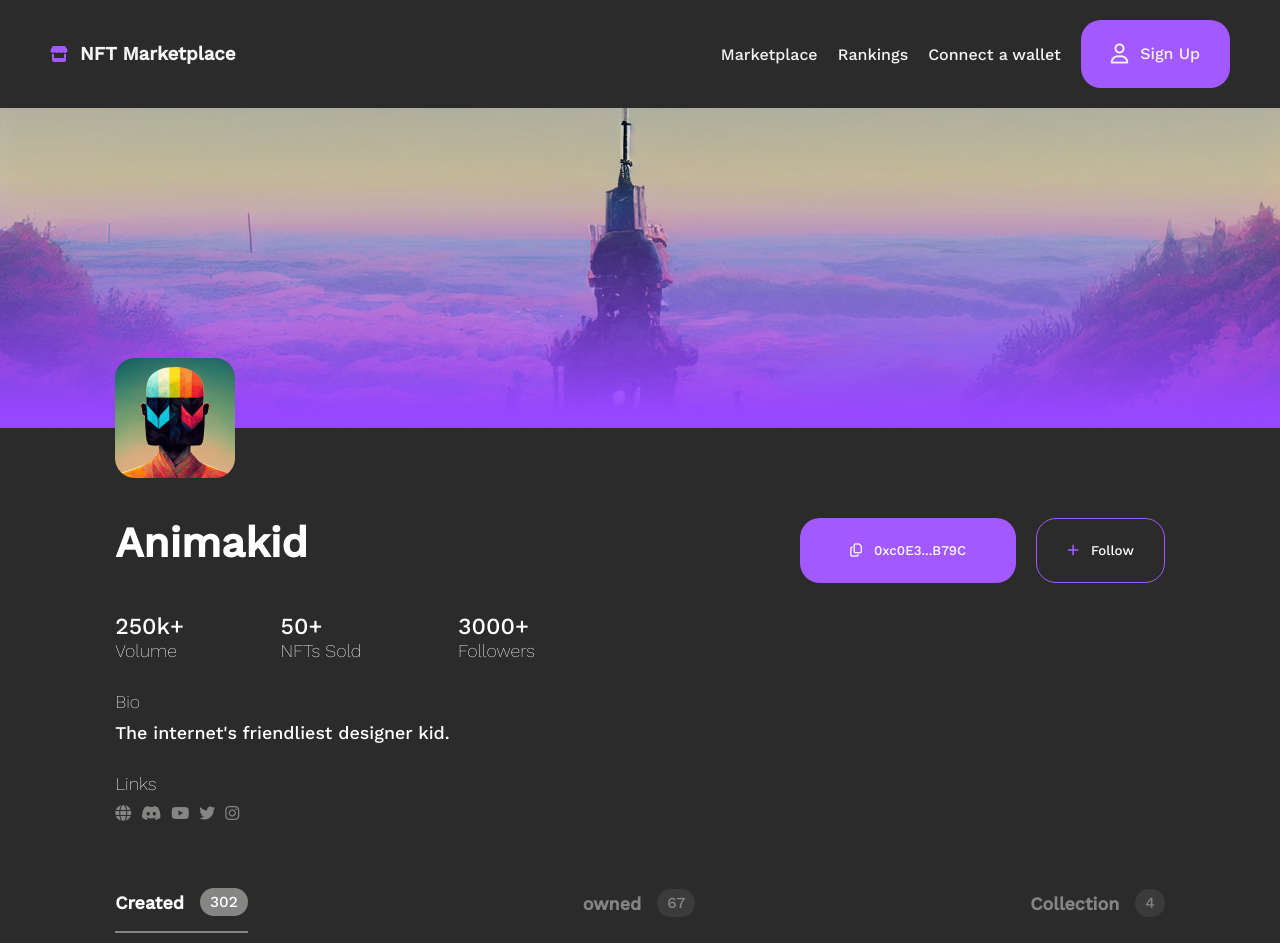
Repository: levananh202ht/NFT_Marketplace
Page: index.html
These files come from the project's save history. The page is drawn as it stood at one moment and after the next save; the edit follows.
The browser window is 1280 px wide. The pictures show the whole page.

Above is the page before, as saved 2023-12-10 01:27:05.

### index.html
<!DOCTYPE html>
<html lang="en">
<head>
    <meta charset="UTF-8">
    <meta name="viewport" content="width=device-width, initial-scale=1.0">
    <link rel="stylesheet" href="index.css">
    <link rel="stylesheet" href="responsive.css">
    <link rel="stylesheet" href="https://cdnjs.cloudflare.com/ajax/libs/font-awesome/6.5.1/css/all.min.css" integrity="sha512-DTOQO9RWCH3ppGqcWaEA1BIZOC6xxalwEsw9c2QQeAIftl+Vegovlnee1c9QX4TctnWMn13TZye+giMm8e2LwA==" crossorigin="anonymous" referrerpolicy="no-referrer" />
    <title>Document</title>
</head>
<body>
    <div class="nft_container">
        <!-- header -->
        <div class="nft_header">

            <div class="nft_header-left">
                <i class="fa-solid fa-store"></i>
                <h3>NFT Marketplace</h3>
            </div>

            <ul class="nft_header-right">
                <li class="nft_header-right-item">Marketplace</li>
                <li class="nft_header-right-item">Rankings</li>
                <li class="nft_header-right-item">Connect a wallet</li>
                <li class="nft_header-right-item">
                    <div>
                        <i class="fa-regular fa-user"></i>
                        <p>Sign Up</p>
                    </div>
                </li>
            </ul>

            <i class="icon-bar-responsive fa-solid fa-bars-staggered"></i>

        </div>
        <!-- profileImage -->
        <div class="nft_profileImage">
            <img src="./assets/images/Avatar Placeholder.png" alt="">
        </div>
        <!-- userInfo -->
        <div class="nft_userInfo">

            <div class="nft_userInfo-top">

                <h2>Animakid</h2>
                <div class="nft_userInfo-top-button">
                    <button>
                        <i class="fa-regular fa-copy"></i>
                        <p>0xc0E3...B79C</p>
                    </button>
                    <button>
                        <i class="fa-solid fa-plus"></i>
                        <p>Follow</p>
                    </button>
                </div>

            </div>

            <div class="nft_userInfo-bottom">

                <div class="nft_userInfo-bottom-param">

                    <div>
                        <p class="param">250k+</p>
                        <p class="text">Volume</p>
                    </div>

                    <div>
                        <p class="param">50+</p>
                        <p class="text">NFTs Sold</p>
                    </div>

                    <div>
                        <p class="param">3000+</p>
                        <p class="text">Followers</p>
                    </div>

                </div>

                <div class="nft_userInfo-bottom-bio">

                    <h5>Bio</h5>
                    <p>The internet's friendliest designer kid.</p>

                </div>

                <div class="nft_userInfo-bottom-links">

                    <h5>Links</h5>
                    <ul>
                        <li>
                            <a href="">
                                <i class="fa-solid fa-globe"></i>
                            </a>
                        </li>
                        <li>
                            <a href="https://discord.com/">
                                <i class="fa-brands fa-discord"></i>
                            </a>
                        </li>
                        <li>
                            <a href="https://www.youtube.com/">
                                <i class="fa-brands fa-youtube"></i>
                            </a>
                        </li>
                        <li>
                            <a href="https://twitter.com/">
                                <i class="fa-brands fa-twitter"></i>
                            </a>
                        </li>
                        <li>
                            <a href="https://www.instagram.com/">
                                <i class="fa-brands fa-instagram"></i>
                            </a>
                        </li>
                    </ul>

                </div>

            </div>

        </div>
        <!-- tab -->
        <div class="nft_tab">

            <div class="nft_tab-1">
                <h5>Created</h5>
                <p>302</p>
            </div>
            <div class="nft_tab-2">
                <h5>owned</h5>
                <p>67</p>
            </div>
            <div class="nft_tab-3">
                <h5>Collection</h5>
                <p>4</p>
            </div>

        </div>

        <div class="nft_cardSection"></div>

        <div class="footer"></div>

    </div>
</body>
</html>

### index.css
@import url('https://fonts.googleapis.com/css2?family=Work+Sans:ital,wght@0,200;0,500;1,200;1,500&display=swap');

* {
    margin: 0;
    padding: 0;
    box-sizing: border-box;
    font-family: 'Work Sans', sans-serif;
}
.nft_container {
    background: #2B2B2B;
}
    /* CSS header */
.nft_header {
    background: #2B2B2B;
    display: flex;
    justify-content: space-between;
    color: #F5F5F5;
    padding: 20px 50px;
}

.nft_header .nft_header-left {
    display: flex;
    align-items: center;
}
.nft_header .nft_header-left i {
    color: #A259FF;
}
.nft_header .nft_header-left h3 {
    margin-left: 12px;
}

.nft_header .nft_header-right {
    display: flex;
    list-style:  none;
    align-items: center;

}

.nft_header .nft_header-right .nft_header-right-item {
    margin-left: 20px;
    font-size: 16px;
}

.nft_header .nft_header-right .nft_header-right-item:last-child div {
    padding: 24px 30px;
    display: flex;
    border-radius: 20px;
    background: #A259FF;
}

.nft_header .nft_header-right .nft_header-right-item:last-child div i {
    font-size: 20px;
}

.nft_header .nft_header-right .nft_header-right-item:last-child div p {
    margin-left: 12px;
    font-size: 16px;
}
.nft_header .icon-bar-responsive {
    display: none;
}
    /* CSS profileImage */
.nft_profileImage {
    width: 100%;
    height: 320px;
    background-image: url("./assets/images/Image PlaceHolder.png");
    position: relative;

}

.nft_profileImage img {
    left: 9%;
    position: absolute;
    bottom: -50px;
}
    /* CSS userInfo */
.nft_userInfo {
    margin-top: 50px;
    padding: 40px 9%;
    background: #2B2B2B;
    color: #fff;
}
.nft_userInfo .nft_userInfo-top{
    display: flex;
    justify-content: space-between;
    margin-bottom: 30px;
}
.nft_userInfo .nft_userInfo-top h2 {
    font-size:3.3vw;
    color: white;
}
.nft_userInfo .nft_userInfo-top .nft_userInfo-top-button {
    display: flex;
}
.nft_userInfo .nft_userInfo-top .nft_userInfo-top-button button:nth-child(1) {
    background: #A259FF;
    color: white;
    padding: 24px 50px;
    display: flex;
    border: none;
    border-radius: 20px;
    align-items: center;
}
.nft_userInfo .nft_userInfo-top .nft_userInfo-top-button button:nth-child(1) i {
    margin-right: 12px;
}
.nft_userInfo .nft_userInfo-top .nft_userInfo-top-button button:nth-child(2) {
    margin-left: 20px;
    display: flex;
    align-items: center;
    background: #2B2B2B;
    color: white;
    border: 1px solid #A259FF;
    border-radius: 20px;
    padding: 24px 30px;
}
.nft_userInfo .nft_userInfo-top .nft_userInfo-top-button button:nth-child(2) i {
    margin-right: 12px;
    color: #A259FF;
}

.nft_userInfo .nft_userInfo-bottom {

}
.nft_userInfo .nft_userInfo-bottom .nft_userInfo-bottom-param {
    display: flex;
    justify-content: space-between;
    width: 40%;
}
.nft_userInfo .nft_userInfo-bottom .nft_userInfo-bottom-param div p.param {
    font-size: 1.8vw;
}
.nft_userInfo .nft_userInfo-bottom .nft_userInfo-bottom-param div p.text {
    font-size: 1.4vw;
    font-weight: 300;
}
.nft_userInfo .nft_userInfo-bottom .nft_userInfo-bottom-bio {
    margin-top: 30px;
    margin-bottom: 30px;
}
.nft_userInfo .nft_userInfo-bottom .nft_userInfo-bottom-bio h5 {
    font-size: 1.4vw;
    font-weight: 300;
    margin-bottom: 10px;
}
.nft_userInfo .nft_userInfo-bottom .nft_userInfo-bottom-bio p {
    font-size: 1.4vw;
}
.nft_userInfo .nft_userInfo-bottom .nft_userInfo-bottom-links h5 {
    font-size: 1.4vw;
    font-weight: 300;
    margin-bottom: 10px;
}
.nft_userInfo .nft_userInfo-bottom .nft_userInfo-bottom-links ul {
    display: flex;
    list-style: none;
}
.nft_userInfo .nft_userInfo-bottom .nft_userInfo-bottom-links ul li a {
    margin-right: 10px;
    color: #858584;
}
    /* CSS tab */
.nft_tab{
    display: flex;
    padding: 10px 9%;
    justify-content: space-between;
    color: #858584;
}
.nft_tab .nft_tab-1,
.nft_tab .nft_tab-2,
.nft_tab .nft_tab-3{
    display: flex;
    align-items: center;
}
.nft_tab h5 {
    margin-right: 16px;
    font-size: 1.4vw;
}
.nft_tab p{
    font-size: 1.2vw;
    padding: 5px 10px;
    background-color: #3B3B3B;
    border-radius: 20px;
}
.nft_tab .nft_tab-1 {
    color: #fff;
    border-bottom: 2px solid #858584;
    padding: 15px 0;
}
.nft_tab .nft_tab-1 p {
    background-color: #858584;
}
.nft_tab .nft_tab-2 {

}
.nft_tab .nft_tab-3 {

}

### responsive.css
@media screen and (max-width: 768px) {
    /* header */
    .nft_header{
        align-items: center;
    }

    .nft_header .nft_header-right {
        display: none;
    }
    .nft_header .icon-bar-responsive{
        display: block;
    }
    /* userInfo */
    .nft_userInfo .nft_userInfo-top{
        flex-direction: column;
    }
    .nft_userInfo .nft_userInfo-top h2 {
        margin-bottom: 30px;
        font-size: 5vw;
    }
    .nft_userInfo .nft_userInfo-bottom .nft_userInfo-bottom-param  {
        width: 62%;
    }
    .nft_userInfo .nft_userInfo-bottom .nft_userInfo-bottom-param div p.param {
        font-size: 2.85vw;
    }
    .nft_userInfo .nft_userInfo-bottom .nft_userInfo-bottom-param div p.text {
        font-size: 2.2vw;
    }
    .nft_userInfo .nft_userInfo-bottom .nft_userInfo-bottom-bio h5 {
        font-size: 2.1vw;
    }
    .nft_userInfo .nft_userInfo-bottom .nft_userInfo-bottom-bio p {
        font-size: 2.1vw;
    }
    .nft_userInfo .nft_userInfo-bottom .nft_userInfo-bottom-links h5 {
        font-size: 2.1vw;
    }
}
@media screen and (max-width: 418px) {
    /* header */
    .nft_header{
        padding: 15px 30px;
    }
    /* profileImage */
    .nft_profileImage img{
        left: 34%;
    }
    /* userInfo */
    .nft_userInfo .nft_userInfo-top h2 {
        font-size: 7.4vw;
    }
    .nft_userInfo .nft_userInfo-top .nft_userInfo-top-button{
        flex-direction: column;
    }
    .nft_userInfo .nft_userInfo-bottom .nft_userInfo-bottom-param {
        width: 96%;
    }
    .nft_userInfo .nft_userInfo-bottom .nft_userInfo-bottom-param div p.param {
        font-size: 5.8vw;
    }
    .nft_userInfo .nft_userInfo-bottom .nft_userInfo-bottom-param div p.text {
        font-size: 4.2vw;
    }
    .nft_userInfo .nft_userInfo-bottom .nft_userInfo-bottom-bio h5 {
        font-size: 4.2vw;
    }
    .nft_userInfo .nft_userInfo-bottom .nft_userInfo-bottom-bio p {
        font-size: 4.2vw;
    }
    .nft_userInfo .nft_userInfo-bottom .nft_userInfo-bottom-links h5 {
        font-size: 4.2vw;
    }
    .nft_userInfo .nft_userInfo-top .nft_userInfo-top-button button:nth-child(2) {
        margin-left: 0;
        margin-top: 20px;
    }
    .nft_userInfo .nft_userInfo-top .nft_userInfo-top-button button:nth-child(1),
    .nft_userInfo .nft_userInfo-top .nft_userInfo-top-button button:nth-child(2){
        justify-content: center;
    }
}

After the next save:
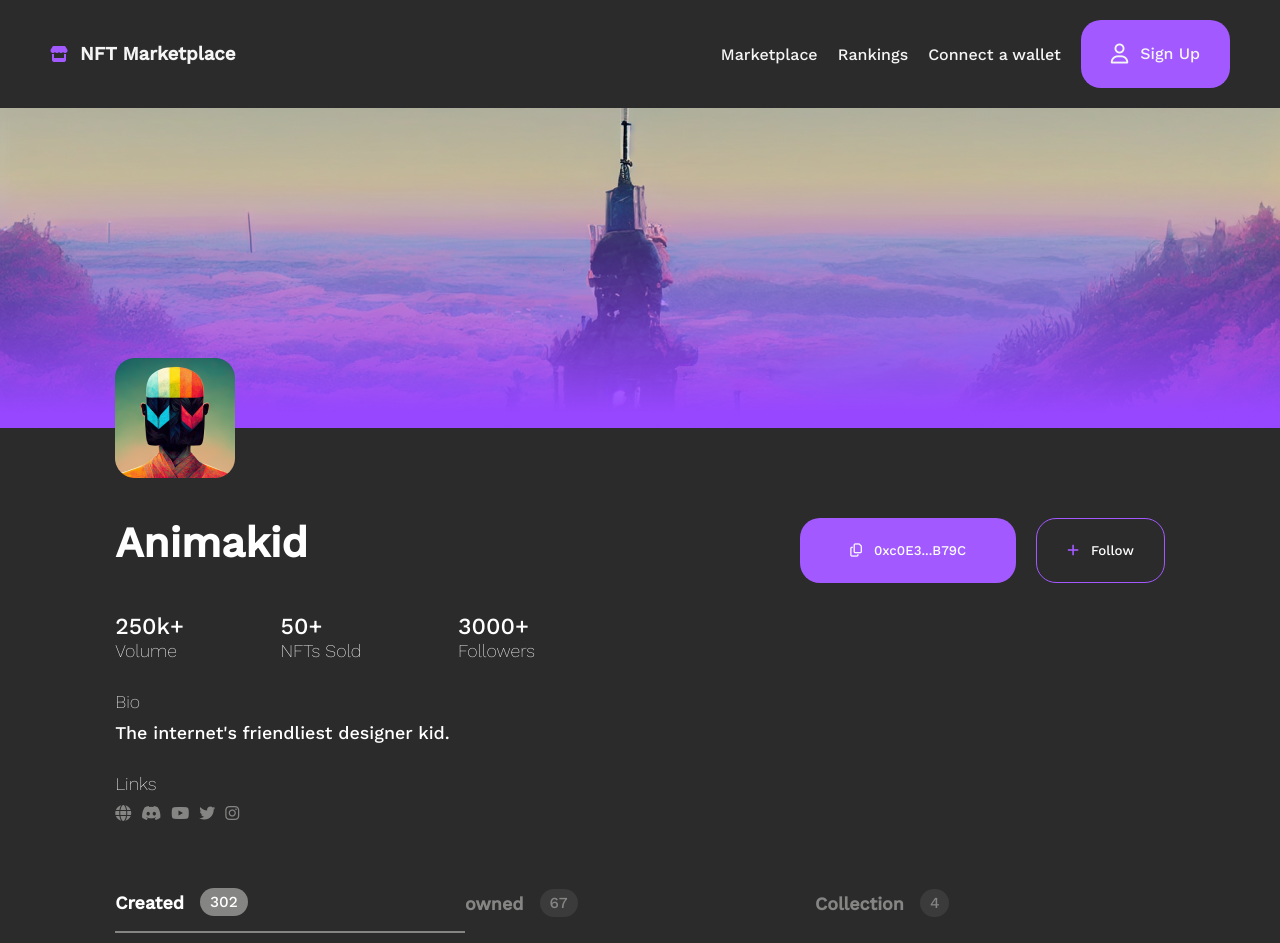
Saved 71 s later.
--- a/index.css
+++ b/index.css
@@ -171,6 +171,7 @@
 .nft_tab .nft_tab-3{
     display: flex;
     align-items: center;
+    width: 33.33%;
 }
 .nft_tab h5 {
     margin-right: 16px;
